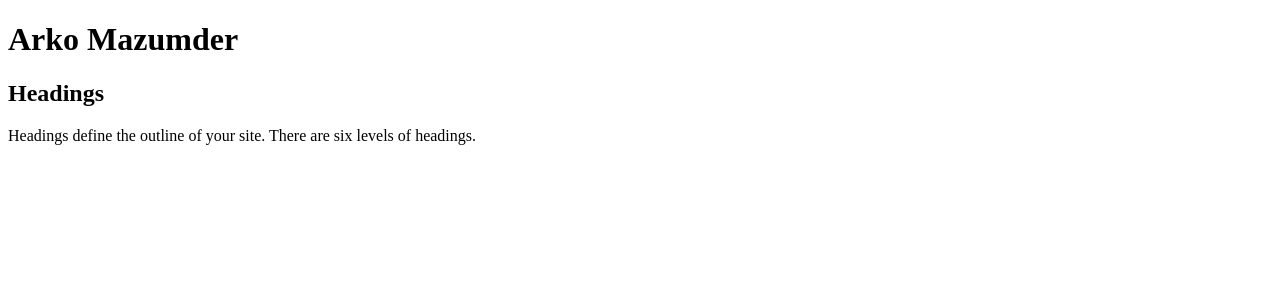
Repository: arkomz/INST377-Lab-Work
Page: client/lab_1/index.html
These files come from the project's save history. The page is drawn as it stood at one moment and after the next save; the edit follows.
The browser window is 1280 px wide. The pictures show the whole page.

Above is the page before, as saved 2021-09-03 18:24:22.

### client/lab_1/index.html
<!DOCTYPE html>
<html scroll=yes>

<head>
    <title>Arko Mazumder</title>
</head>
<body>
    <h1>Arko Mazumder</h1>

    <h2>Headings</h2>
    <p>Headings define the outline of your site. There are six levels of
    headings.</p>

  </body>
</html>

After the next save:
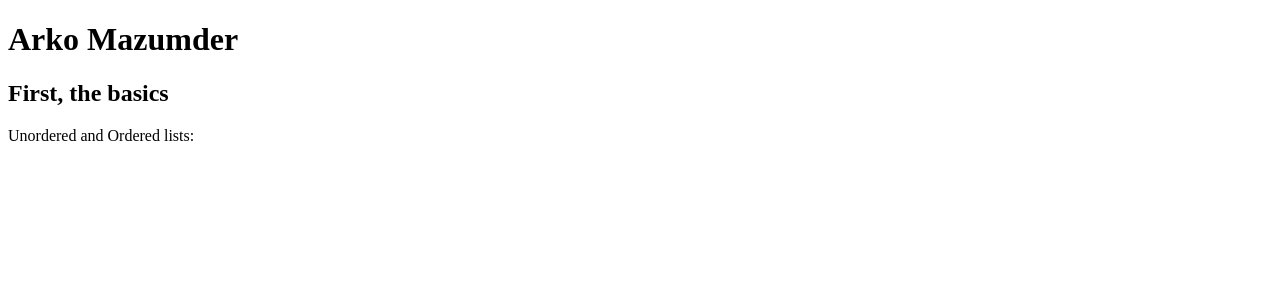
Saved 65 s later.
--- a/client/lab_1/index.html
+++ b/client/lab_1/index.html
@@ -7,9 +7,8 @@
 <body>
     <h1>Arko Mazumder</h1>
 
-    <h2>Headings</h2>
-    <p>Headings define the outline of your site. There are six levels of
-    headings.</p>
+    <h2>First, the basics</h2>
+    <p>Unordered and Ordered lists:</p>
 
   </body>
 </html>
